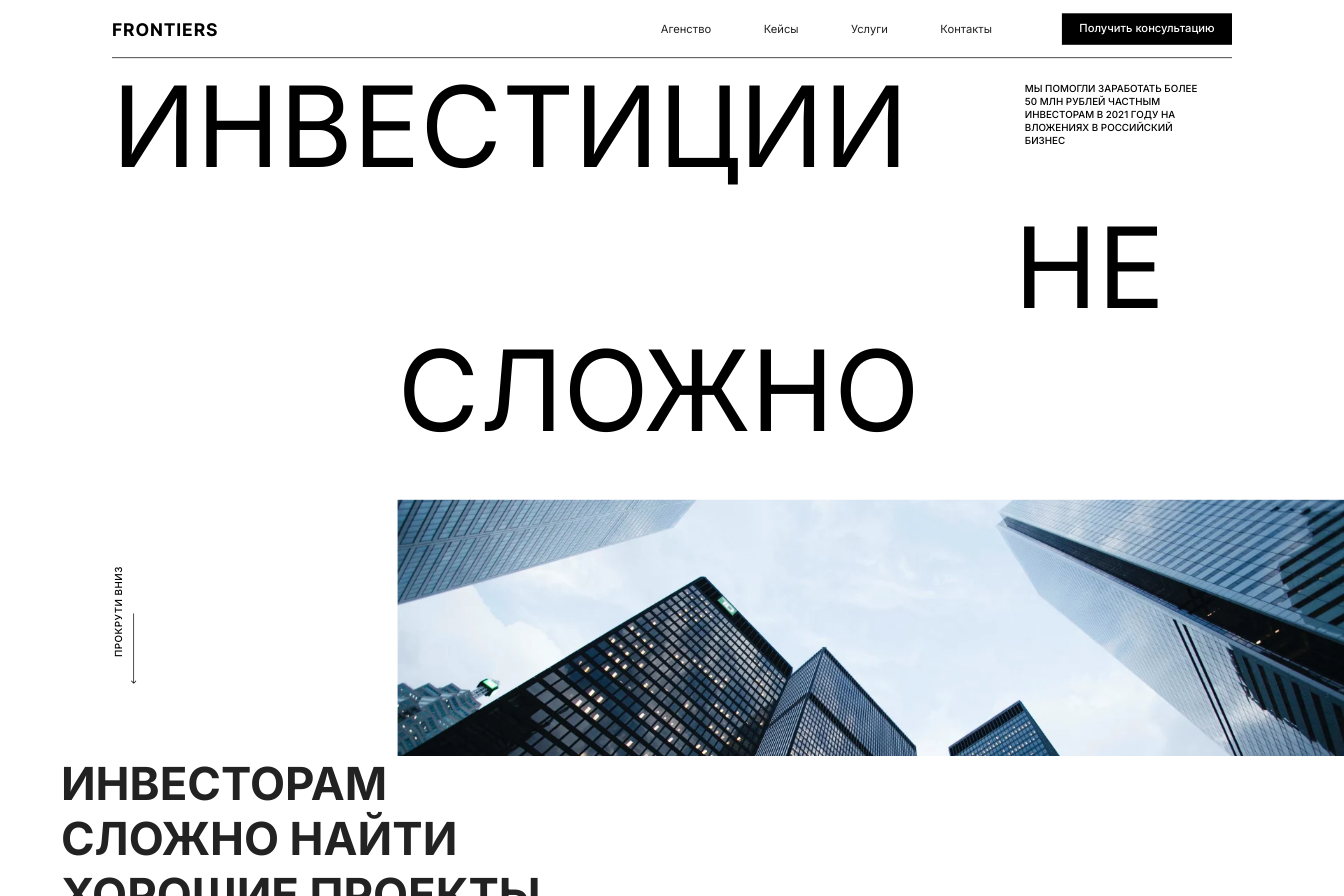
Repository: NadyaKorvin/frontiers
Page: /
The author's editor kept a copy of each file at every save. The page is drawn from the files as they stood at one save, then again after the next save.
The browser window is 1280 px wide. The page is 1920 px wide, so the pictures cover 1920 px, including what lies to the right of the window. The pictures show the part of the page from y = 0 to 1280 px (the page is 2634 px tall), at 70% of full size.
The project was rebuilt for these pictures with package versions that can differ from the ones it lists, and the page was loaded fresh each time.

Above is the page before, as saved 2022-05-23 14:22:06.

### public/index.html
<!DOCTYPE html>
<html lang="en">
  <head>
    <meta charset="utf-8" />
    <link rel="icon" href="%PUBLIC_URL%/favicon.ico" />
    <meta name="viewport" content="width=device-width, initial-scale=1" />
    <meta name="theme-color" content="#000000" />
    <meta name="description" content="Web site created using create-react-app" />
    <link rel="apple-touch-icon" href="%PUBLIC_URL%/logo192.png" />
    <link rel="manifest" href="%PUBLIC_URL%/manifest.json" />
    <link rel="preconnect" href="https://fonts.googleapis.com" />
    <link rel="preconnect" href="https://fonts.gstatic.com" crossorigin />
    <link href="https://fonts.googleapis.com/css2?family=Inter:wght@300;400;500;700&display=swap" rel="stylesheet" />
    <title>FRONTIERS</title>
  </head>
  <body>
    <noscript>You need to enable JavaScript to run this app.</noscript>
    <div id="root"></div>
  </body>
</html>

### src/index.js
import React from "react"
import ReactDOM from "react-dom/client"

import App from "./App"

const root = ReactDOM.createRoot(document.getElementById("root"))
root.render(
  <React.StrictMode>
    <App />
  </React.StrictMode>
)

### src/App.js
import { useState } from "react";
import "./App.css";
import { SecondScreenAnimation } from "./components/secondScreen/SecondScreenAnimation";
import FirstScreenAnimation from "./components/firstScreen/FirstScreenAnimation";
import LastScreenAnimation from "./components/lastScreen/LastScreenAnimation"

function App() {
  const [mousePosition, setMousePosition] = useState("");

  const listenUpperMousePosition = (event) => {
    console.log(event);
    console.log(event.target);
    setMousePosition(event.target);
  };

  return (
    <>
      <FirstScreenAnimation />
      <div className="App">
        <SecondScreenAnimation listenMousePosition={listenUpperMousePosition} />
      </div>
      <LastScreenAnimation />
    </>
  );
}
export default App;

### src/App.css
@import url("./reset.css");
@import url("./components/secondScreen/SecondScreen.css");
@import url("./font/font.css");

body {
  font-family: "Inter";
}

### src/components/secondScreen/SecondScreenAnimation.js
export function SecondScreenAnimation({ listenMousePosition, mousePosition }) {
  let goUp = ""
  const goUpBlackLines = (mousePosition) => {
    if (mousePosition === "animation__text_first_part") {
      goUp = "up"
      return goUp
    }
  }
  goUpBlackLines(mousePosition)
  console.log(goUp)
  return (
    <div className="animation__text_block">
      {goUp != "up" ? (
        <div>
          <div className="animation__text" onMouseOver={listenMousePosition}>
            <p className="animation__text_first_part">Инвесторам сложно найти хорошие проекты,</p>
            <p className="animation__text_second_part">а хорошим проектам — инвестиции.</p>
          </div>
          <div className="animation__black_lines">
            <div className="animation__1th_black_line"></div>
            <div className="animation__2th_black_line"></div>
            <div className="animation__3th_black_line"></div>
          </div>
        </div>
      ) : (
        <div>
          <div className="animation__text" onMouseOver={listenMousePosition}>
            <p className="animation__text_first_part" style={{ color: "#fff" }}>
              Инвесторам сложно найти хорошие проекты,
            </p>
            <p className="animation__text_second_part" style={{ color: "#000" }}>
              а хорошим проектам — инвестиции.
            </p>
          </div>
          <div className="animation__black_lines">
            <div className="animation__1th_black_line" style={{ width: "484px", marginTop: "-475px" }}></div>
            <div className="animation__2th_black_line" style={{ width: "586px" }}></div>
            <div className="animation__3th_black_line" style={{ width: "722px" }}></div>
          </div>
        </div>
      )}
    </div>
  )
}

### src/components/firstScreen/FirstScreenAnimation.js
import React from "react";
import style from "./FirstScreen.module.css";
import image from "../../images/image.webp"

export default function FirstScreenAnimation() {
  const pointer = (
    <svg
      width="8"
      height="101"
      viewBox="0 0 8 101"
      fill="none"
      xmlns="http://www.w3.org/2000/svg"
    >
      <path
        d="M4.35355 100.356C4.15829 100.551 3.84171 100.551 3.64645 100.356L0.464466 97.1735C0.269204 96.9783 0.269204 96.6617 0.464466 96.4664C0.659728 96.2712 0.976311 96.2712 1.17157 96.4664L4 99.2948L6.82843 96.4664C7.02369 96.2712 7.34027 96.2712 7.53553 96.4664C7.7308 96.6617 7.7308 96.9783 7.53553 97.1735L4.35355 100.356ZM3.5 100.002L3.5 0.00195312H4.5L4.5 100.002H3.5Z"
        fill="black"
      />
    </svg>
  );

  return (
    <>
      <section className={style.first__screen}>
        <div className={style.header}>
          <div className={style.logotype}>FRONTIERS</div>
          <nav className={style.nav__sidebar}>
            <ul>Агенство</ul>
            <ul>Кейсы</ul>
            <ul>Услуги</ul>
            <ul>Контакты</ul>
          </nav>
          <div className={style.button}>
            <p className={style.text__btn}>Получить консультацию</p>
          </div>
        </div>
        <div className={style.content}>
          <p>ИНВЕСТИЦИИ</p>
          <p>НЕ</p>
          <p>СЛОЖНО</p>
          <p>
            Мы помогли заработать более 50 млн рублей частным инвесторам в 2021
            году на вложениях в российский бизнес
          </p>
          <p>ПРОКРУТИ ВНИЗ</p>
          <div className={style.content__pointer}>{pointer}</div>
          <img src={image} alt="" />
        </div>
      </section>
    </>
  );
}

### src/components/lastScreen/LastScreenAnimation.js
import React from "react";
import style from "./LastScreen.module.css";

export default function LastScreenAnimation() {
  return (
    <>
      <section className={style.last__screen}>
        <div className={style.wrapper}>
          <div className={style.left__content}>
            <p>
              ОТПРАВЬТЕ НАМ ЗАЯВКУ НА КОНСУЛЬТАЦИЮ И МЫ ПОДБЕРЕМ ДЛЯ ВАС
              НАИБОЛЕЕ ПОДХОДЯЩУЮ СТРАТЕГИЮ
            </p>
          </div>
          <div className={style.right__content}>
            <div className={style.text__form}>
              <p>ЗАПОЛНИТЕ ФОРМУ И МЫ С ВАМИ СВЯЖЕМСЯ В БЛИЖАЙШЕЕ ВРЕМЯ</p>
            </div>
            <form>

            </form>
          </div>
        </div>
        <div className={style.footer}>
            <div className={style.contact}></div>
            <div className={style.design}></div>
            <div className={style.frontiers}></div>
        </div>
      </section>
    </>
  );
}

### src/reset.css
html,
body,
div,
span,
applet,
object,
iframe,
h1,
h2,
h3,
h4,
h5,
h6,
p,
blockquote,
pre,
a,
abbr,
acronym,
address,
big,
cite,
code,
del,
dfn,
em,
img,
ins,
kbd,
q,
s,
samp,
small,
strike,
strong,
sub,
sup,
tt,
var,
b,
u,
i,
center,
dl,
dt,
dd,
ol,
ul,
li,
fieldset,
form,
label,
legend,
table,
caption,
tbody,
tfoot,
thead,
tr,
th,
td,
article,
aside,
canvas,
details,
embed,
figure,
figcaption,
footer,
header,
hgroup,
menu,
nav,
output,
ruby,
section,
summary,
time,
mark,
audio,
video {
  margin: 0;
  padding: 0;
  border: 0;
  font-size: 100%;
  font: inherit;
  vertical-align: baseline;
}

:focus {
  outline: 0;
}

article,
aside,
details,
figcaption,
figure,
footer,
header,
hgroup,
menu,
nav,
section {
  display: block;
}

body {
  line-height: 1;
}

ol,
ul {
  list-style: none;
}

blockquote,
q {
  quotes: none;
}

blockquote:before,
blockquote:after,
q:before,
q:after {
  content: "";
  content: none;
}

table {
  border-collapse: collapse;
  border-spacing: 0;
}

input[type="search"]::-webkit-search-cancel-button,
input[type="search"]::-webkit-search-decoration,
input[type="search"]::-webkit-search-results-button,
input[type="search"]::-webkit-search-results-decoration {
  -webkit-appearance: none;
  -moz-appearance: none;
}

input[type="search"] {
  -webkit-appearance: none;
  -moz-appearance: none;
  -webkit-box-sizing: content-box;
  -moz-box-sizing: content-box;
  box-sizing: content-box;
}

textarea {
  overflow: auto;
  vertical-align: top;
  resize: vertical;
}

[hidden] {
  display: none;
}

html {
  font-size: 100%; /* 1 */
  -webkit-text-size-adjust: 100%; /* 2 */
  -ms-text-size-adjust: 100%; /* 2 */
}

a:focus {
  outline: thin dotted;
}

a:active,
a:hover {
  outline: 0;
}

img {
  border: 0;
  -ms-interpolation-mode: bicubic;
}

figure {
  margin: 0;
}

form {
  margin: 0;
}

fieldset {
  border: 1px solid #c0c0c0;
  margin: 0 2px;
  padding: 0.35em 0.625em 0.75em;
}

legend {
  border: 0; /* 1 */
  padding: 0;
  white-space: normal; /* 2 */
  *margin-left: -7px; /* 3 */
}

button,
input,
select,
textarea {
  font-size: 100%; /* 1 */
  margin: 0; /* 2 */
  vertical-align: baseline; /* 3 */
  *vertical-align: middle; /* 3 */
}

button,
input {
  line-height: normal;
}

button,
select {
  text-transform: none;
}

button,
html input[type="button"], /* 1 */
input[type="reset"],
input[type="submit"] {
  -webkit-appearance: button; /* 2 */
  cursor: pointer; /* 3 */
  *overflow: visible; /* 4 */
}

button[disabled],
html input[disabled] {
  cursor: default;
}

input[type="checkbox"],
input[type="radio"] {
  box-sizing: border-box; /* 1 */
  padding: 0; /* 2 */
  *height: 13px; /* 3 */
  *width: 13px; /* 3 */
}

input[type="search"] {
  -webkit-appearance: textfield; /* 1 */
  -moz-box-sizing: content-box;
  -webkit-box-sizing: content-box; /* 2 */
  box-sizing: content-box;
}

input[type="search"]::-webkit-search-cancel-button,
input[type="search"]::-webkit-search-decoration {
  -webkit-appearance: none;
}

button::-moz-focus-inner,
input::-moz-focus-inner {
  border: 0;
  padding: 0;
}

textarea {
  overflow: auto; /* 1 */
  vertical-align: top; /* 2 */
}

table {
  border-collapse: collapse;
  border-spacing: 0;
}

html,
button,
input,
select,
textarea {
  color: #222;
}

::-moz-selection {
  background: #b3d4fc;
  text-shadow: none;
}

::selection {
  background: #b3d4fc;
  text-shadow: none;
}

img {
  vertical-align: middle;
}

fieldset {
  border: 0;
  margin: 0;
  padding: 0;
}

textarea {
  resize: vertical;
}

.chromeframe {
  margin: 0.2em 0;
  background: #ccc;
  color: #000;
  padding: 0.2em 0;
}

### src/components/secondScreen/SecondScreen.css
.second__screen_main {
  display: flex;
  justify-content: space-between;
  margin: 0 auto;
  margin-top: 174px;
  /* придкмать решение сделать по центру*/
  display: flex;
  width: 1600px;
  height: 733px;
}

.animation__text_block {
  display: block;
  margin-left: 87px;
}

.animation__text_first_part,
.animation__text_second_part {
  width: 770px;
  text-transform: uppercase;
  font-size: 65px;
  font-weight: 700;
  line-height: 79px;
  transition: 0.6s ease-out;
}

.animation__text_second_part {
  color: #fff;
}

.animation__black_lines {
  margin-left: -10px;
  margin-top: -236px;
}

.animation__1th_black_line {
  margin-bottom: 5px;
  height: 75px;
  width: 444px;
  background-color: #000;
  transition: 0.6s ease-out;
}

.animation__2th_black_line {
  margin-bottom: 5px;
  height: 75px;
  width: 475px;
  background-color: #000;
  transition: 0.6s ease-out;
}
.animation__3th_black_line {
  height: 75px;
  width: 502px;
  background-color: #000;
  transition: 0.6s ease-out;
}

.right__part {
  display: flex;
  margin-left: 190px;
  flex-direction: column;
}

.conversation__image {
  margin-right: 222px;
  display: block;
  width: 400px;
  height: 400px;
  background: url("../secondScreen/people.png");
}

.decoration_marks {
  margin-top: -110px;
  transform: rotate(-180deg);
  font-size: 200px;
  font-weight: 300;
}

.text_paragraph {
  margin-left: 90px;
  width: 431px;
  font-size: 18px;
  font-weight: 400;
  line-height: 23px;
  text-transform: uppercase;
  line-height: 130%;
}

### src/font/font.css
@font-face {
  font-family: "Inter";
  src:
    url("./Inter-Bold.ttf") format("truetype")
    url("./Inter-Bold.woff2") format("woff2"),
    url("./Inter-Bold.woff") format("woff");
  font-weight: 700;
  font-style: normal;
  font-stretch: normal;
  unicode-range: U+0020-E0D0;
}

@font-face {
  font-family: "Inter";
  src:
    url("./Inter-Regular.woff2") format("woff2"),
    url("./Inter-Regular.ttf") format("truetype")
    url("./Inter-Regular.woff") format("woff");
  font-weight: 400;
  font-style: normal;
  font-stretch: normal;
  unicode-range: U+0020-E0D0;
}

@font-face {
    font-family:'Inter Medium';
    src:
        url("./Inter-Medium.ttf") format("truetype")
        url('Inter-Medium.woff2') format('woff2'),
		url('Inter-Medium.woff') format('woff');
    font-weight: 500;
    font-style: normal;
    font-stretch: normal;
    unicode-range: U+0020-E0D0;
}

@font-face {
    font-family:'Inter Light';
    src:
        url("./Inter-Light.ttf") format("truetype")
        url('Inter-Light.woff2') format('woff2'),
		url('Inter-Light.woff') format('woff');
    font-weight: 300;
    font-style: normal;
    font-stretch: normal;
    unicode-range: U+0020-E0D0;
}

### src/components/firstScreen/FirstScreen.module.css
.first__screen {
  width: 1920px;
  height: 1080px;
}

.header {
  width: 1600px;
  height: 82px;
  margin: 0 160px;
  border-bottom: 1px solid #000000;
  display: flex;
}

.logotype {
  width: 151px;
  height: 30px;
  padding-top: 27px;
  font-family: "Inter";
  font-style: normal;
  font-weight: 700;
  font-size: 25px;
  line-height: 30px;
  letter-spacing: 0.05em;
  color: #000000;
}

.nav__sidebar {
  display: flex;
  justify-content: space-between;
  width: 473px;
  padding-top: 33px;
  padding-left: 633px;
}

.button {
  position: absolute;
  width: 243px;
  height: 45px;
  left: 1517px;
  top: 19px;
  background: #000000;
}

.text__btn {
  padding-top: 12px;
  padding-bottom: 12px;
  font-family: "Inter";
  font-style: normal;
  font-weight: 500;
  font-size: 16px;
  line-height: 19px;
  text-align: center;
  color: #ffffff;
}

.content > p {
  position: absolute;
  font-family: "Inter";
  font-style: normal;
  font-weight: 400;
  font-size: 160px;
  line-height: 194px;
  text-transform: uppercase;
  color: #000000;
}

p:nth-child(1) {
  top: 83px;
  left: 160px;
}

p:nth-child(2) {
  top: 285px;
  left: 1449px;
}

p:nth-child(3) {
  top: 461px;
  left: 568px;
}

p:nth-child(4) {
  width: 265px;
  height: 90px;
  top: 118px;
  left: 1464px;
  box-sizing: content-box;
  font-family: "Inter";
  font-style: normal;
  font-weight: 500;
  font-size: 14px;
  line-height: 130%;
  text-transform: uppercase;
  color: #000000;
}

p:nth-child(5) {
  position: absolute;
  width: 130px;
  height: 17px;
  left: 104px;
  top: 865px;
  font-family: "Inter";
  font-style: normal;
  font-weight: 500;
  font-size: 14px;
  line-height: 17px;
  letter-spacing: 0.05em;
  color: #000000;
  transform: rotate(-90deg);
}

.content__pointer {
    position: absolute;
    top: 876px;
    left: 187px;
}

img {
  position: absolute;
  top: 714px;
  left: 568px;
  width: 1352px;
  height: 366px;
}

### src/components/lastScreen/LastScreen.module.css
.last__screen {
  width: 1920px;
  height: 1080px;
  border-top: 1px solid black;
}

.wrapper {
  position: relative;
  top: 109px;
  left: 170px;
  display: flex;
  justify-content: space-between;
  width: 1590px;
  height: 553px;
  border: 1px solid red;
}

.left__content {
  position: relative;
  width: 775px;
  height: 553px;
  box-sizing: border-box;
  font-family: "Inter";
  font-style: normal;
  font-weight: 700;
  font-size: 65px;
  line-height: 79px;
  text-transform: uppercase;
  color: #000000;
}

.right__content {
  position: relative;
  width: 529px;
  height: 553px;
}

.text__form {
  width: 529px;
  height: 46px;
  left: 1231px;
  top: 4438px;
  font-family: "Inter";
  font-style: normal;
  font-weight: 400;
  font-size: 18px;
  line-height: 130%;
  text-transform: uppercase;
  color: #000000;
}

.footer {
    position: absolute;
    width: 1600px;
    height: 218px;
    background-color: aqua;
    bottom: opx;
}

After the next save:
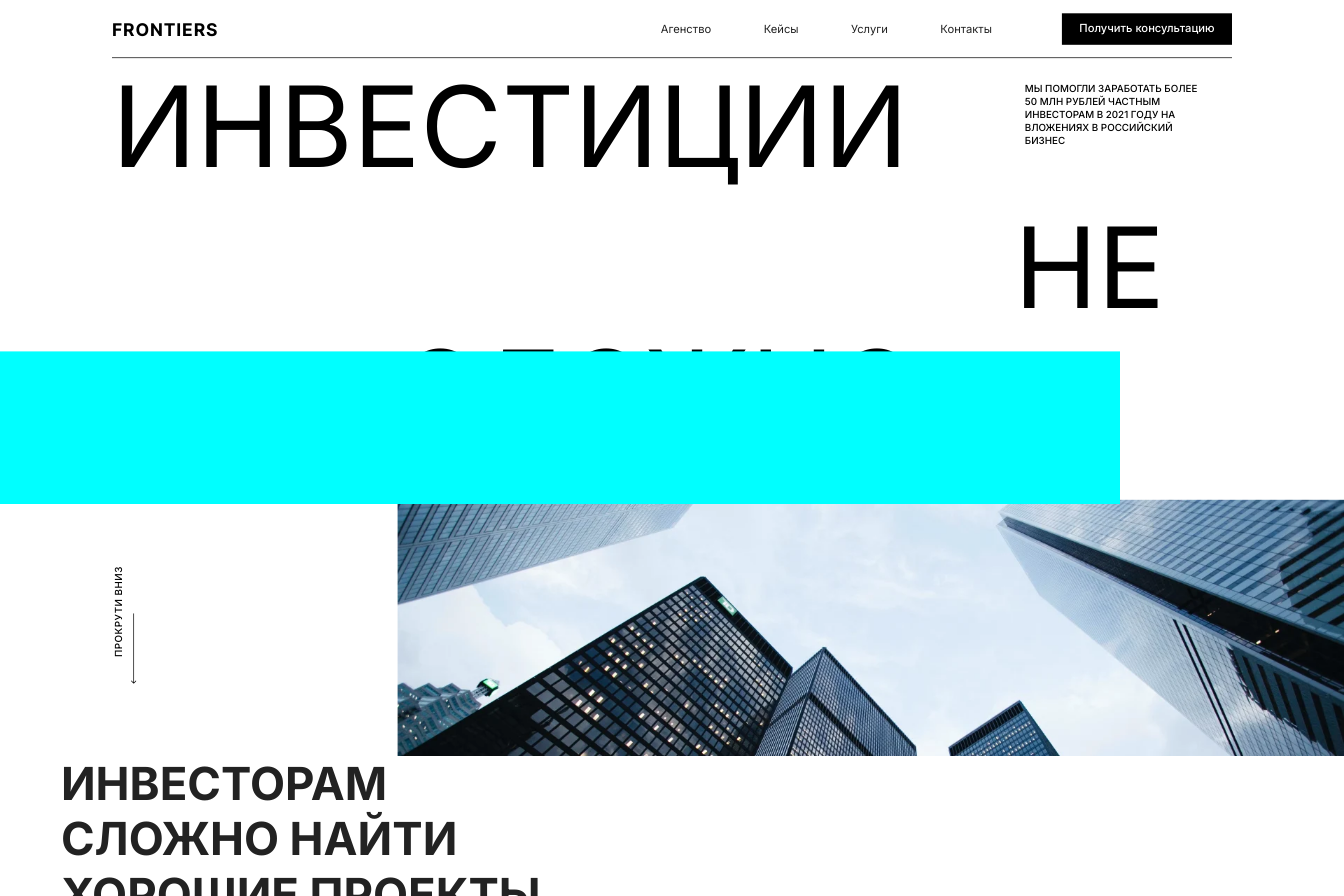
Saved 7 s later.
--- a/src/components/lastScreen/LastScreen.module.css
+++ b/src/components/lastScreen/LastScreen.module.css
@@ -54,5 +54,5 @@
     width: 1600px;
     height: 218px;
     background-color: aqua;
-    bottom: opx;
+    bottom: 0px;
 }

After the save that followed:
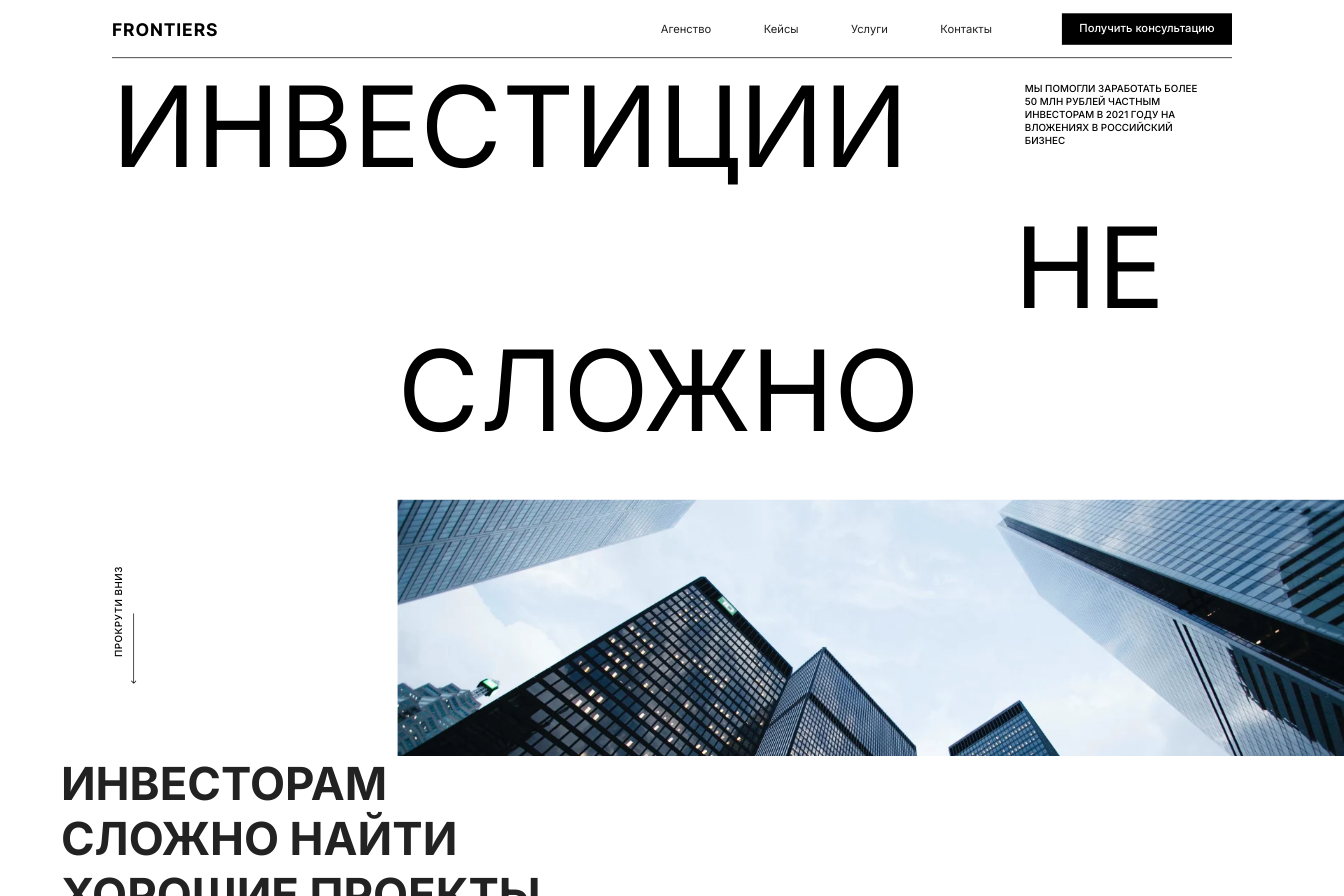
Saved 9 s later.
--- a/src/components/lastScreen/LastScreen.module.css
+++ b/src/components/lastScreen/LastScreen.module.css
@@ -50,7 +50,7 @@
 }
 
 .footer {
-    position: absolute;
+    position: relative;
     width: 1600px;
     height: 218px;
     background-color: aqua;
